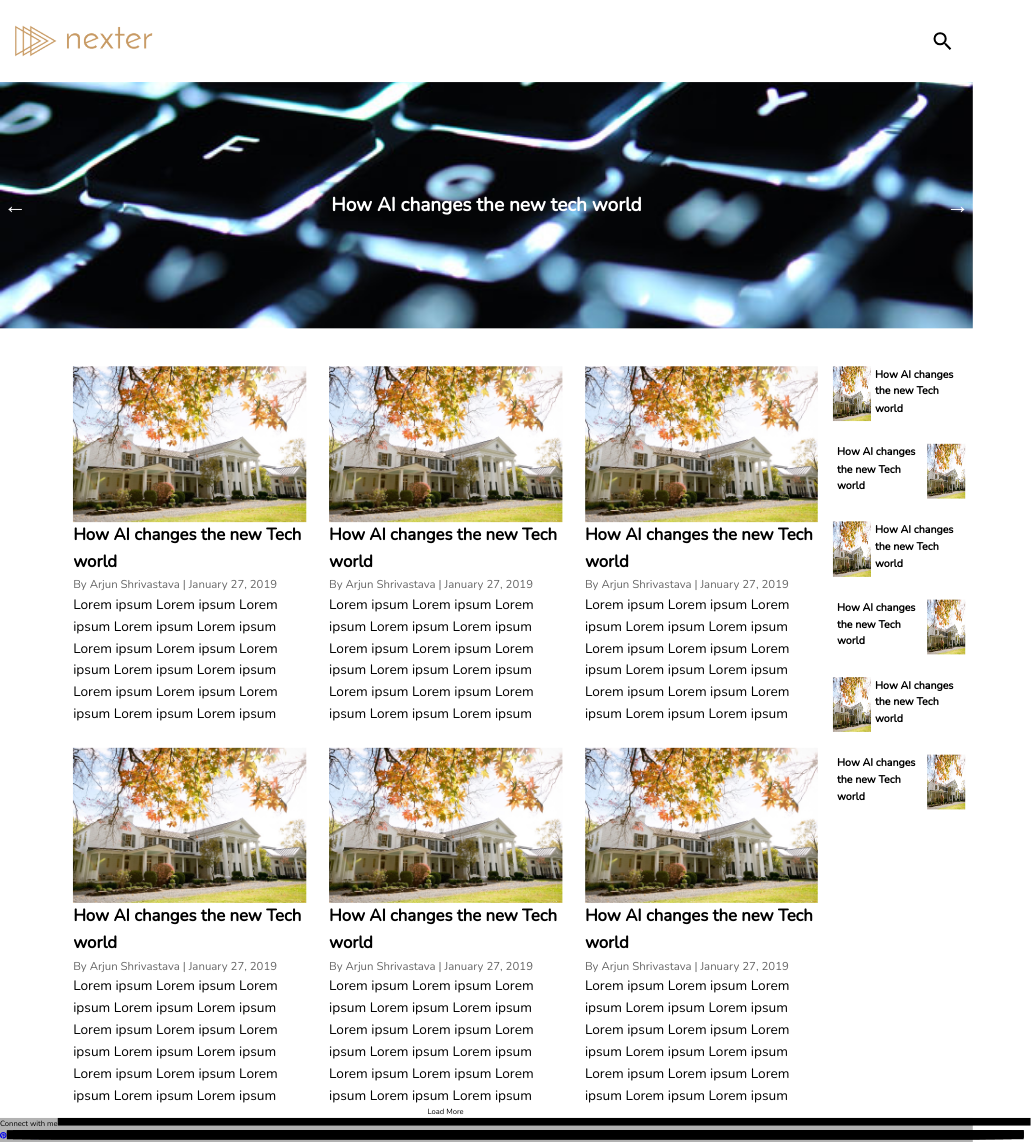
Repository: geekyarjun/myblog
Page: index.html
These files come from the project's save history. The page is drawn as it stood at one moment and after the next save; the edit follows.
The browser window is 1280 px wide. The page is 1356 px wide, so the pictures cover 1356 px, including what lies to the right of the window. The pictures show the whole page, at 76% of full size.
Some web libraries are served in a nearby version. The style sheet was rebuilt from its Sass, Less or Tailwind sources for each picture, by a compiler version that may differ from the author's.

Above is the page before, as saved 2019-03-03 18:46:38.

After the next save:
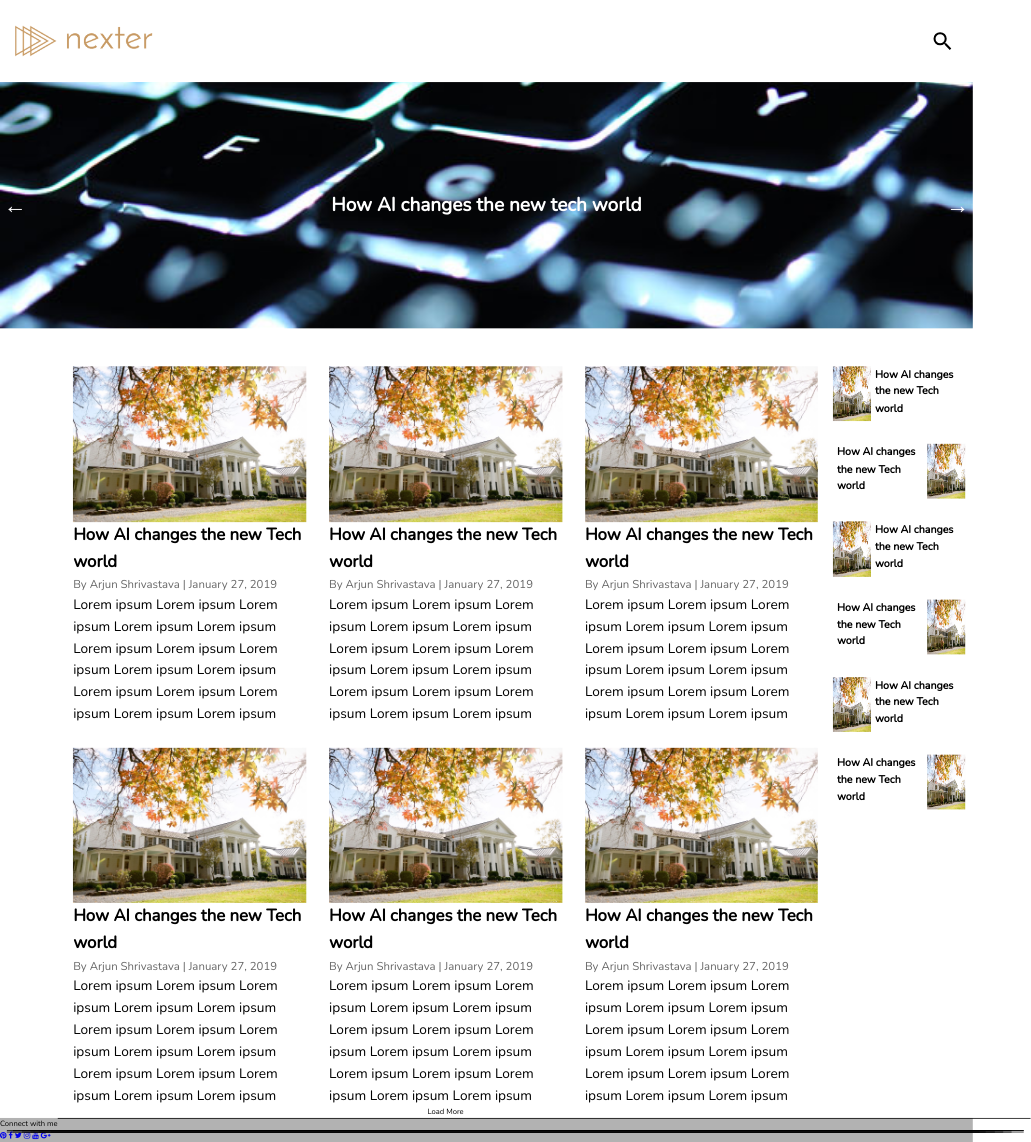
Saved 8 s later.
--- a/sass/_footer.scss
+++ b/sass/_footer.scss
@@ -8,7 +8,7 @@
         ::after {
             content: '';
             width: 100%;
-            border-top: 10px solid black;
+            border-top: 1px solid black;
             position: absolute;
         }
     }
